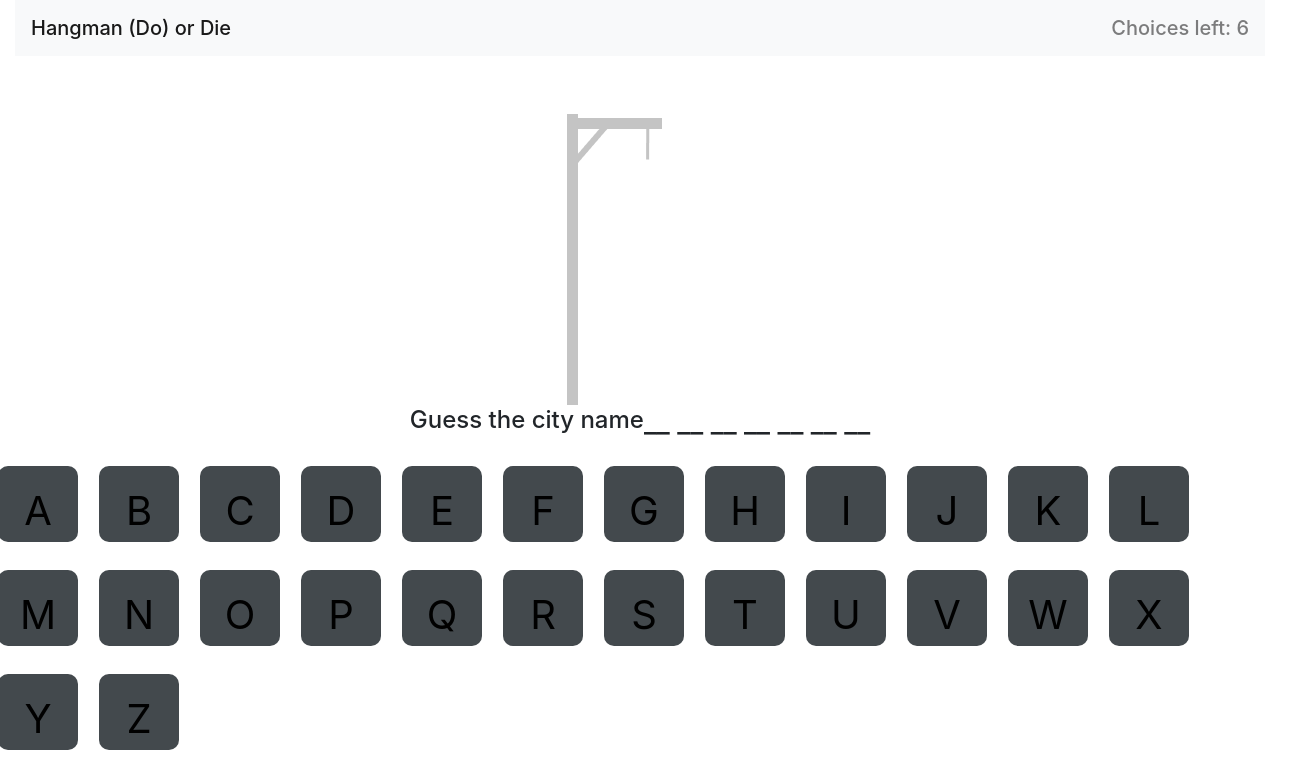
Repository: jatinhchanchlani/hangman
Page: /
These files come from the project's save history. The page is drawn as it stood at one moment and after the next save; the edit follows.
The browser window is 1280 px wide. The page is 1295 px wide, so the pictures cover 1295 px, including what lies to the right of the window. The pictures show the whole page.
The project was rebuilt for these pictures with package versions that can differ from the ones it lists, and the page was loaded fresh each time. Also part of the build but not shown: src/App.css, src/components/reset.jsx.

Above is the page before, as saved 2020-10-25 12:44:07.

After the next save:
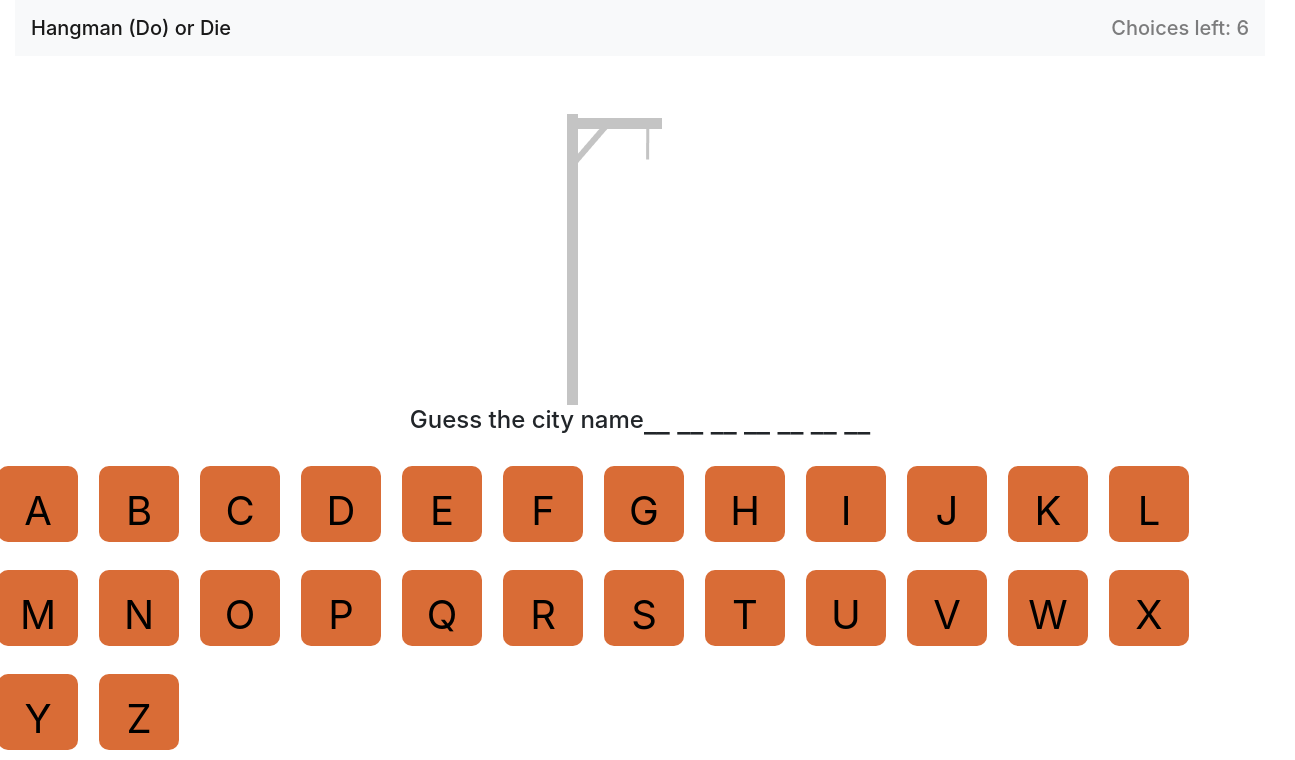
Saved 29 s later.
--- a/src/css/letters.css
+++ b/src/css/letters.css
@@ -7,7 +7,7 @@
     margin: 18px 8px 10px 13px;
     letter-spacing: 0;
     outline: none;
-    background: #43494d;
+    background: #d96c36;
     color: #000;
     border-radius: 10px;
     padding-top: 15px;
